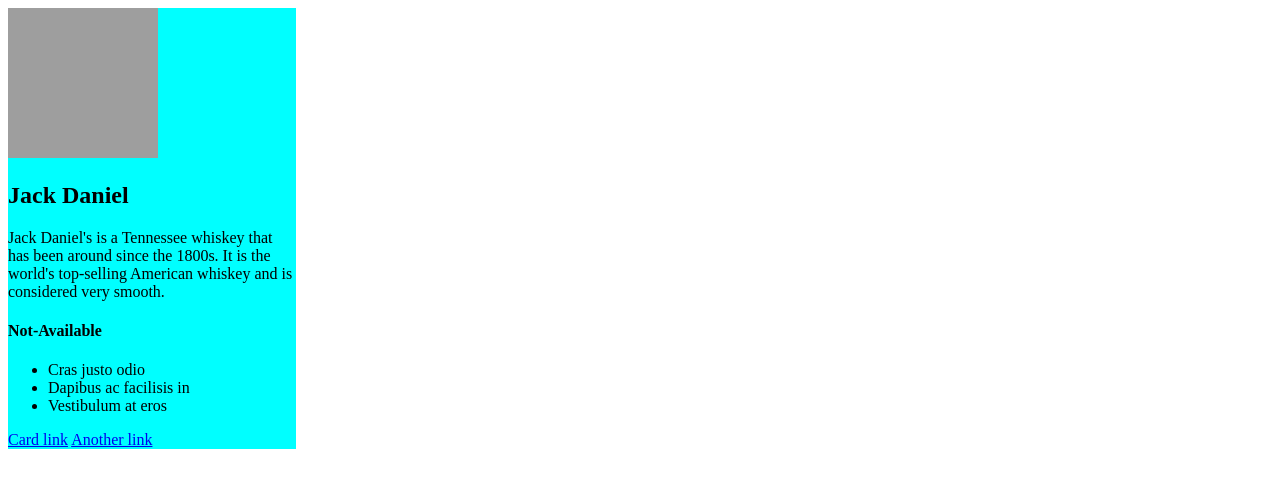
Repository: ZamlZam/REPO-11
Page: product-cards/index.html
The author's editor kept a copy of each file at every save. The page is drawn from the files as they stood at one save, then again after a run of saves.
The browser window is 1280 px wide. The pictures show the whole page.
Pictures or frames that could not be fetched are drawn as grey boxes.

Above is the page before, as saved 2023-04-12 20:38:34.

### product-cards/index.html
<!DOCTYPE html>
<html lang="en">
<head>
  <meta charset="UTF-8">
  <meta http-equiv="X-UA-Compatible" content="IE=edge">
  <meta name="viewport" content="width=device-width, initial-scale=1.0">
  <title>Document</title>
  <link rel="stylesheet" href="main.css">
</head>
<body>
  <div class="card1" style="width: 18rem;">
    <img src="https://www.finewinedelivery.co.nz/content/products/original/16561.jpg?width=1136" height = "150px" width="150px" alt="">
    <div class="card-body">
      <h2 class="Jack Daniel">Jack Daniel</h2>
      <p class="card-text">Jack Daniel's is a Tennessee whiskey that has been around since the 1800s. It is the world's top-selling American whiskey and is considered very smooth.</p>
    </div>
    <h4 class="Available">Not-Available</h4>
    <ul class="list-group list-group-flush">
      <li class="list-group-item">Cras justo odio</li>
      <li class="list-group-item">Dapibus ac facilisis in</li>
      <li class="list-group-item">Vestibulum at eros</li>
    </ul>
    <div class="card-body">
      <a href="#" class="card-link">Card link</a>
      <a href="#" class="card-link">Another link</a>
    </div>
  </div>
</body>
</html>

### product-cards/main.css
.card1 {
  border: black;
  background-color: aqua;
}

After the next 2 saves:
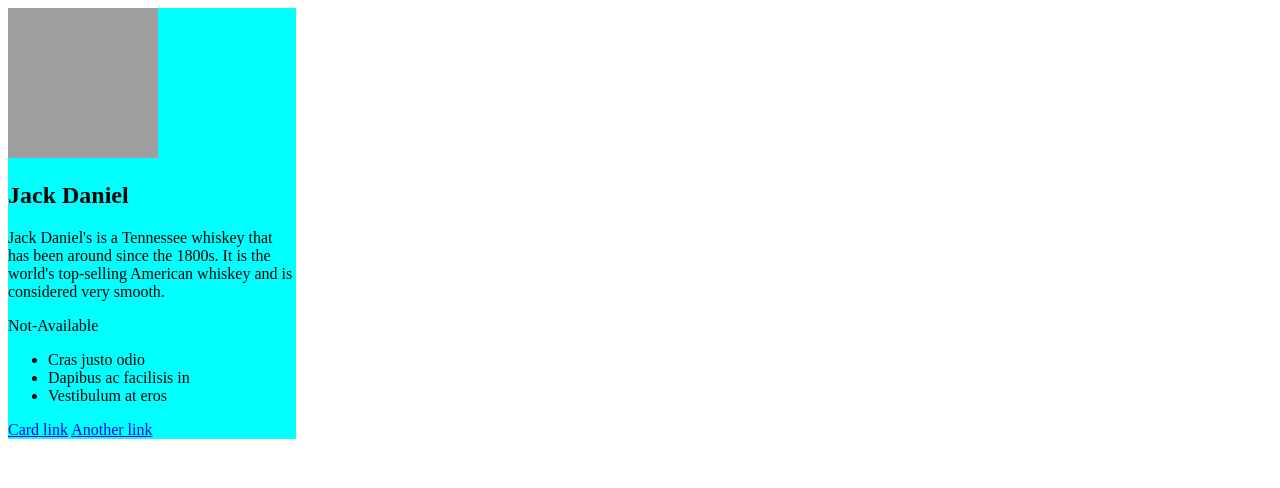
The 2 saves are shown as one change because they came seconds apart.
The last was saved 51 s later.
--- a/product-cards/index.html
+++ b/product-cards/index.html
@@ -14,6 +14,7 @@
       <h2 class="Jack Daniel">Jack Daniel</h2>
       <p class="card-text">Jack Daniel's is a Tennessee whiskey that has been around since the 1800s. It is the world's top-selling American whiskey and is considered very smooth.</p>
     </div>
+    <table
     <h4 class="Available">Not-Available</h4>
     <ul class="list-group list-group-flush">
       <li class="list-group-item">Cras justo odio</li>
